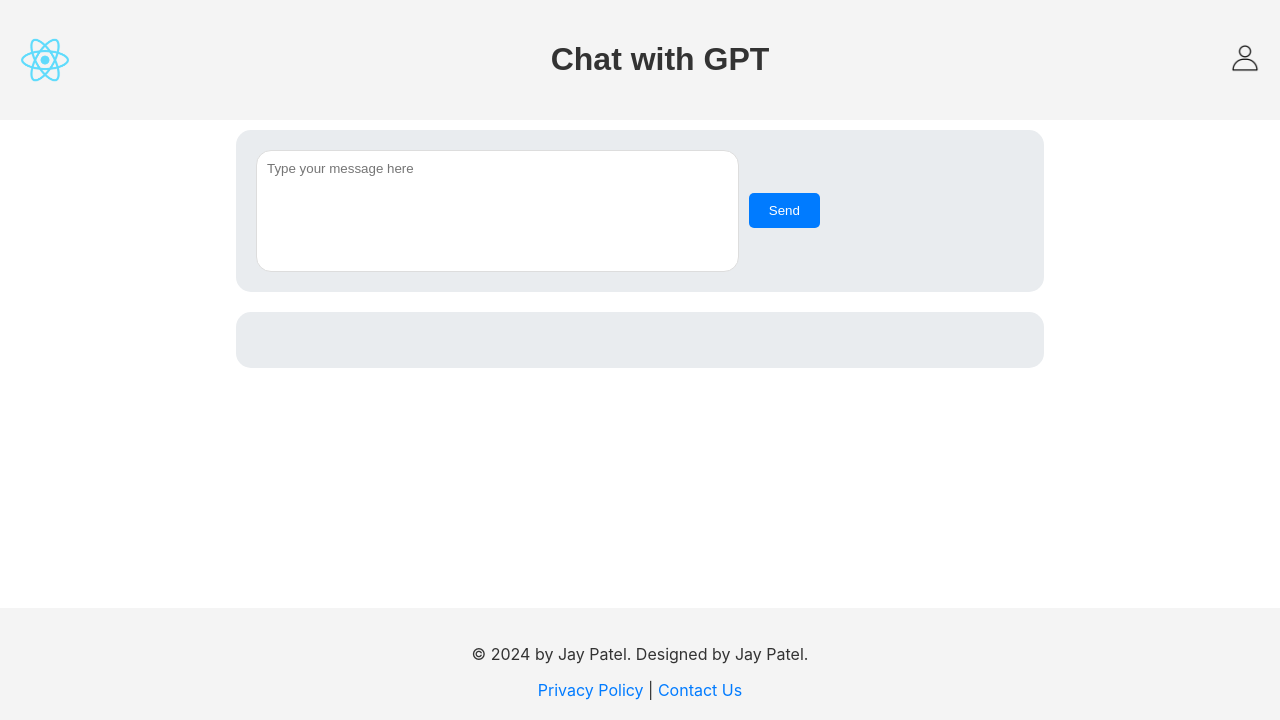
Repository: jforjay1/Custom-GPT
Page: / (app in ethem-alpaydin-gpt/)
An editor plug-in stored every save of this project. The page is shown before and after the next save, followed by the edit.
The browser window is 1280 px wide. The pictures show the whole page.
The project was rebuilt for these pictures with package versions that can differ from the ones it lists, and the page was loaded fresh each time.

Above is the page before, as saved 2024-01-10 11:53:53.

After the next save:
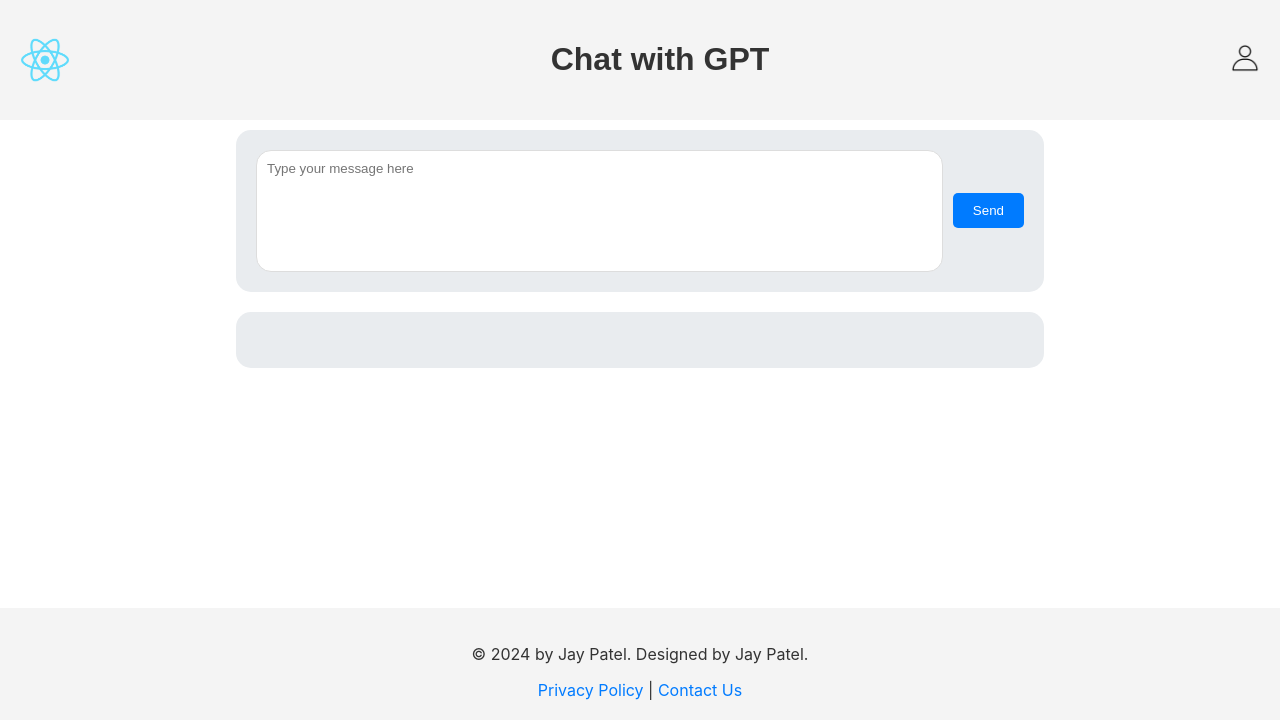
Saved 8 s later.
--- a/ethem-alpaydin-gpt/src/App.css
+++ b/ethem-alpaydin-gpt/src/App.css
@@ -35,7 +35,7 @@
 }
 
 .message-input {
-  width: 60%; /* Adjust width as necessary */
+  width: 100%; /* Adjust width as necessary */
   height: 100px;
   padding: 10px;
   border-radius: 15px;
